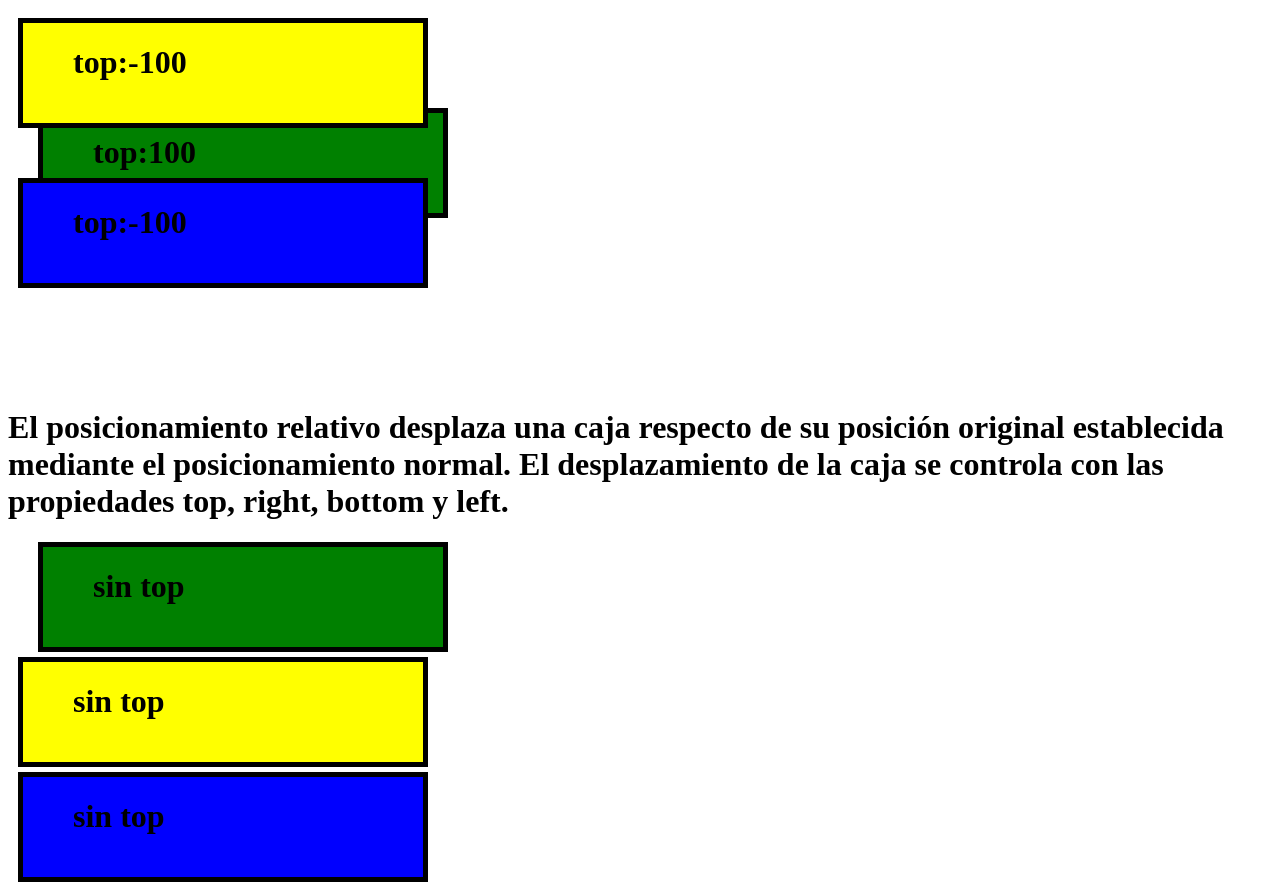
Repository: antonio63j/misNotas
Page: software/CSS/Demos/aptana_proyect/src/relativo.html
An editor plug-in stored every save of this project. The page is shown before and after the next save, followed by the edit.
The browser window is 1280 px wide. The pictures show the whole page.

Above is the page before, as saved 2017-04-23 17:23:57.

### software/CSS/Demos/aptana_proyect/src/relativo.html
<!DOCTYPE html>
<html>
<head>
<style>

#caja1 {
  position:relative;
  top:100px;
  left:20px;
  width: 300px;
  height:100px;
  padding-left:  50px;
  padding-right: 50px;
  margin-left:   10px;
  margin-right:  10px;
  border: 5px solid black;
  padding-top: 0px;
  background-color:green;
}

#caja2 {
  position:relative;
  top:-100px;
  width: 300px;
  height:100px;
  padding-left:  50px;
  padding-right: 50px;
  margin-left:   10px;
  margin-right:  10px;
  border: 5px solid black;
  margin-bottom:50px;
  background-color:yellow;
}

#caja3 {
  position:relative;
  top:-100px;
  width: 300px;
  height:100px;
  padding-left:  50px;
  padding-right: 50px;
  margin-left:   10px;
  margin-right:  10px;
  border: 5px solid black;
  margin-bottom:10px;
  background-color: blue;
}

#caja11 {
  position:relative;

  left:20px;
  width: 300px;
  height:100px;
  padding-left:  50px;
  padding-right: 50px;
  margin-left:   10px;
  margin-right:  10px;
  border: 5px solid black;
  padding-top: 0px;
    margin-bottom:5px;
  background-color:green;
}

#caja22 {
  position:relative;

  width: 300px;
  height:100px;
  padding-left:  50px;
  padding-right: 50px;
  margin-left:   10px;
  margin-right:  10px;
  border: 5px solid black;
  margin-bottom:5px;
  background-color:yellow;
}

#caja33 {
  position:relative;

  width: 300px;
  height:100px;
  padding-left:  50px;
  padding-right: 50px;
  margin-left:   10px;
  margin-right:  10px;
  border: 5px solid black;
  margin-bottom:0px;
    margin-bottom:5px;
  background-color: blue;
}


</style>
</head>



<body>

<div id="caja1"><h1>top:100</h1></div>
<div id="caja2"><h1>top:-100</h1></div>
<div id="caja3"><h1>top:-100</h1></div>

<h1>El posicionamiento relativo desplaza una caja respecto de su posición original establecida mediante el posicionamiento normal. El desplazamiento de la caja se controla con las propiedades top, right, bottom y left.</h1>

<div id="caja11"><h1>sin top</h1></div>
<div id="caja22"><h1>sin top</h1></div>
<div id="caja33"><h1>sin top</h1></div>

</body>

</html>

After the next save:
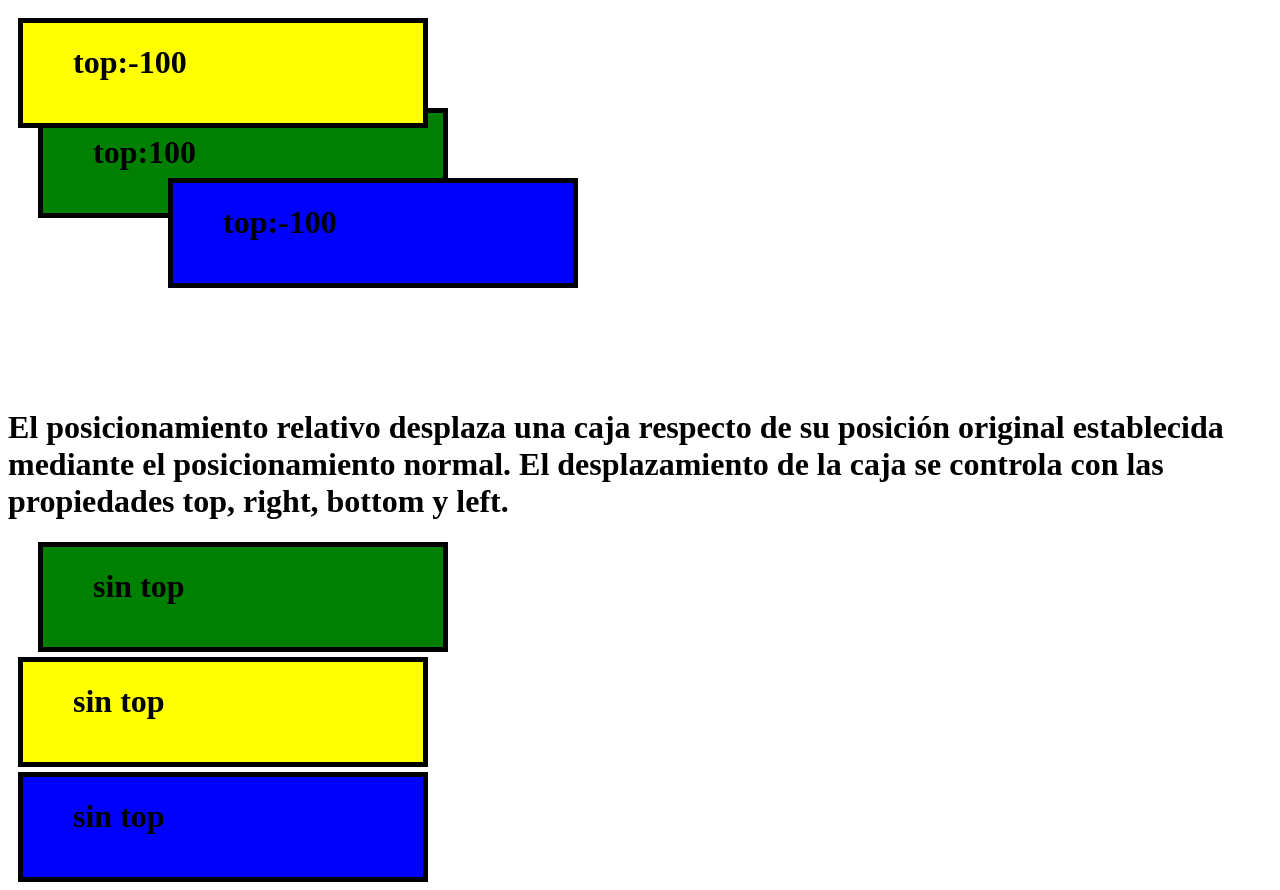
Saved 4 min 39 s later.
--- a/software/CSS/Demos/aptana_proyect/src/relativo.html
+++ b/software/CSS/Demos/aptana_proyect/src/relativo.html
@@ -36,6 +36,7 @@
   position:relative;
   top:-100px;
   width: 300px;
+  left:150px;
   height:100px;
   padding-left:  50px;
   padding-right: 50px;
@@ -58,7 +59,7 @@
   margin-right:  10px;
   border: 5px solid black;
   padding-top: 0px;
-    margin-bottom:5px;
+  margin-bottom:5px;
   background-color:green;
 }
 
